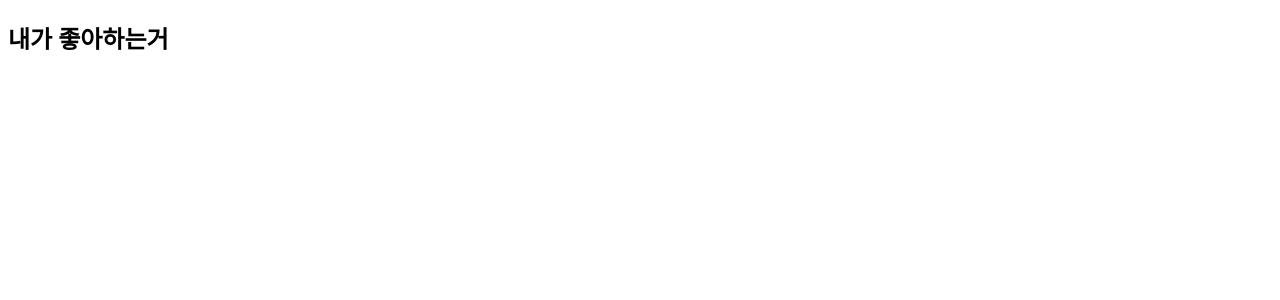
Repository: GTEM0/Acorn-classEdue2-java2-
Page: http://localhost/prj0831/mvc3
These files come from the project's save history. The page is drawn as it stood at one moment and after the next save; the edit follows.
The browser window is 1280 px wide. The pictures show the whole page.
The page is served by Tomcat 9.

Above is the page before, as saved 2023-08-31 05:50:52.

After the next save:
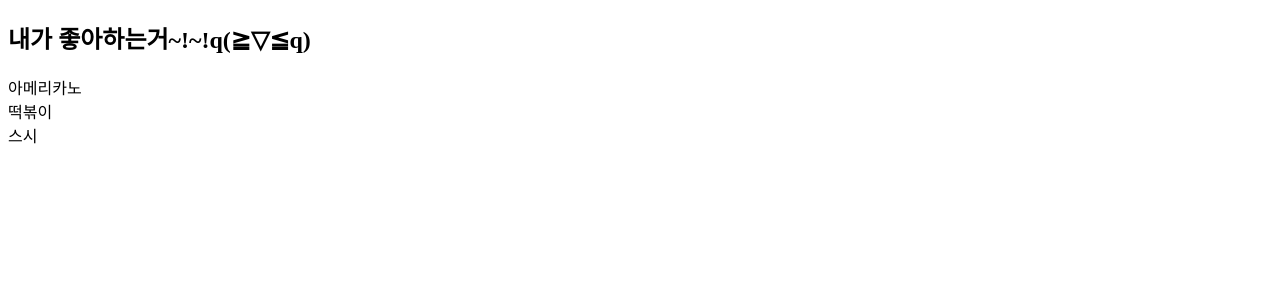
Saved 2 min 22 s later.
--- a/prj0831/src/main/webapp/WEB-INF/views/mvc3.jsp
+++ b/prj0831/src/main/webapp/WEB-INF/views/mvc3.jsp
@@ -8,7 +8,17 @@
 </head>
 <body>
 
-<h2>내가 좋아하는거 </h2>
+<h2>내가 좋아하는거~!~!q(≧▽≦q)</h2>
 
+
+
+
+<%
+String[] list = (String[])request.getAttribute("likes");
+
+for(String item : list){
+	out.print(item + "<br>");
+}
+%>
 </body>
 </html>
